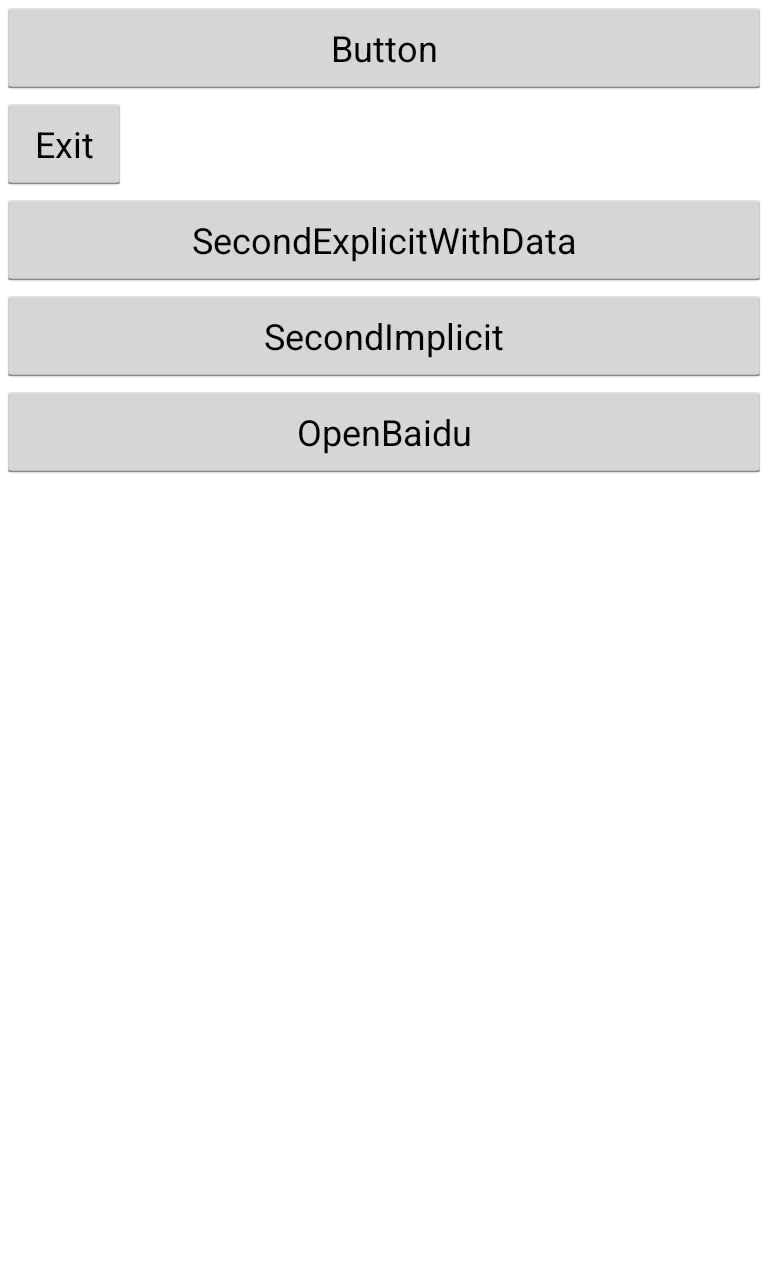
Repository: GUNDAMR/firstcode_android
Layout: C2ActivityTest/res/layout/first_layout.xml
An editor plug-in stored every save of this project. The layout is shown before and after the next save, followed by the edit.
It is drawn on a 768 x 1280 px phone screen (xhdpi) without system bars, with theme AppTheme; the app's code is not run.

Above is the layout before, as saved 2014-12-09 09:47:12.

After the next save:
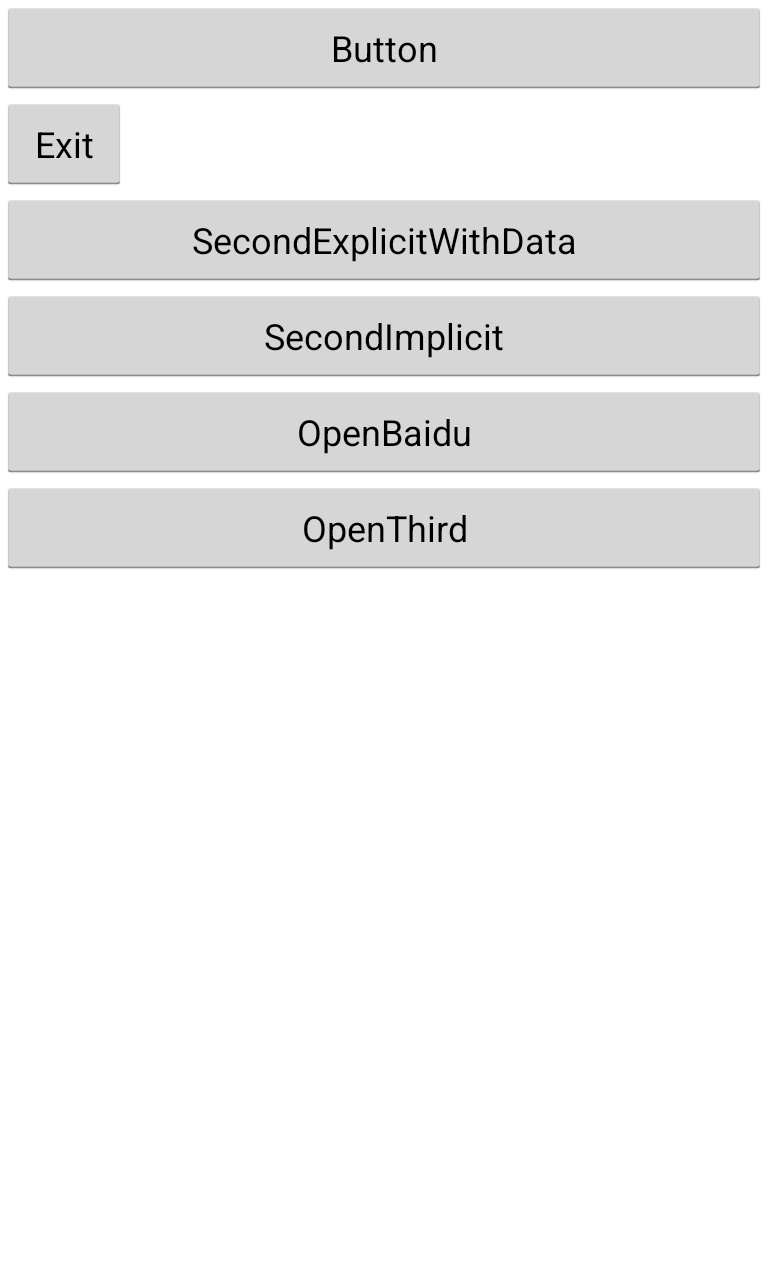
Saved 110 s later.
--- a/C2ActivityTest/res/layout/first_layout.xml
+++ b/C2ActivityTest/res/layout/first_layout.xml
@@ -5,7 +5,7 @@
     android:orientation="vertical" >
 
     <Button
-        android:id="@+id/button2"
+        android:id="@+id/button3"
         android:layout_width="match_parent"
         android:layout_height="wrap_content"
         android:text="Button" />
@@ -34,4 +34,10 @@
         android:layout_height="wrap_content"
         android:text="OpenBaidu" />
 
+    <Button
+        android:id="@+id/btn_second"
+        android:layout_width="match_parent"
+        android:layout_height="wrap_content"
+        android:text="OpenThird" />
+
 </LinearLayout>
